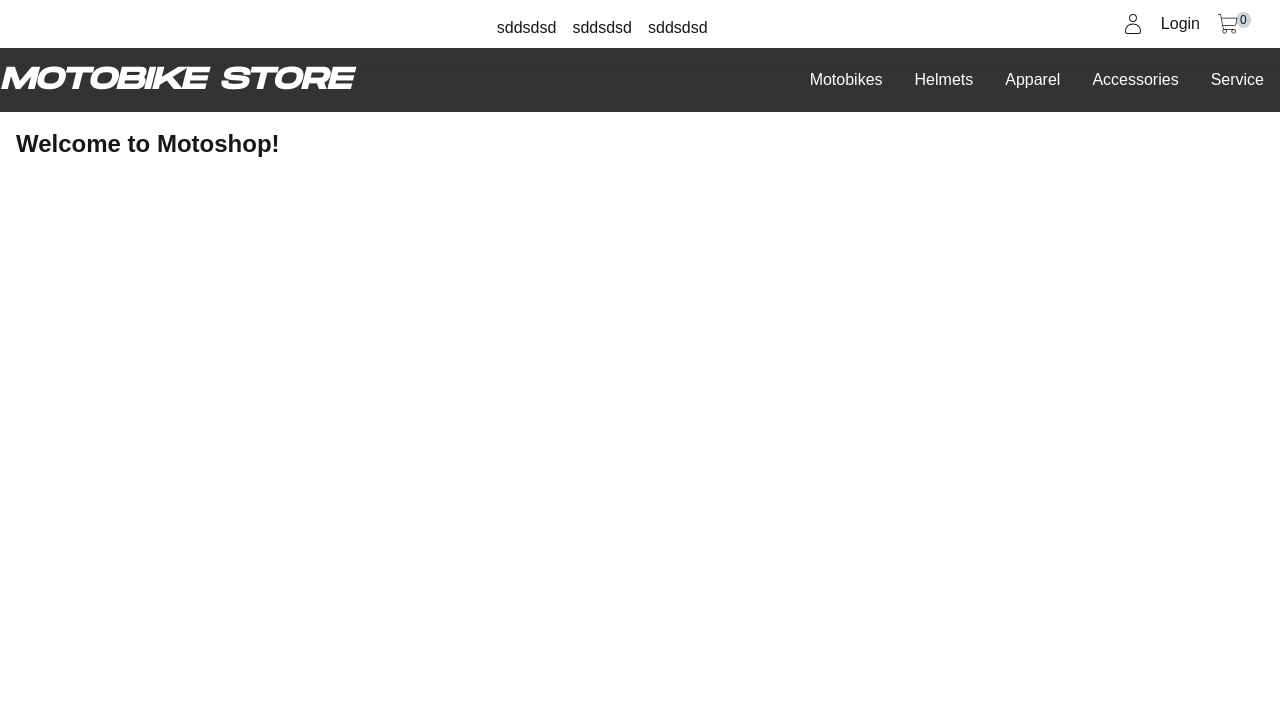
Repository: Than-sothearak/next-motoshop
Page: /
These files come from the project's save history. The page is drawn as it stood at one moment and after the next save; the edit follows.
The browser window is 1280 px wide. The pictures show the whole page.
The project was rebuilt for these pictures with package versions that can differ from the ones it lists, and the page was loaded fresh each time. The framework's server and built-in components were replaced by stand-ins that run in the browser. Also part of the build but not shown: next.config.mjs.

Above is the page before, as saved 2024-10-10 21:33:47.

### app/layout.js
import localFont from "next/font/local";
import "./globals.css";
import Navbar from "./components/Navbar";

export const metadata = {
  title: "Create Next App",
  description: "Generated by create next app",
};

export default function RootLayout({ children }) {
  return (
    <html lang="en">
      <body

      >
        <Navbar />
        {children}
      </body>
    </html>
  );
}

### app/page.js
export default function Home() {
  return (
    <div className="p-4">
    <h1 className="text-2xl font-bold">Welcome to Motoshop!</h1>
    {/* Product listing here */}
  </div>
  );
}

### app/components/Navbar.js
"use client";
import { PiShoppingCartThin } from "react-icons/pi";
import { CiUser } from "react-icons/ci";
import { usePathname } from "next/navigation";
const links = [
  { title: "Motobikes", link: "/motobike" },
  {
    title: "Helmets",
    link: "/helmets",
    subLink: [{ title: "Fullface", link: "/helmets/fullface" }],
  },
  { title: "Apparel", link: "/apparel" },
  { title: "Accessories", link: "/accessories" },
  { title: "Service", link: "/service" },
];
export default function Navbar() {
  const partName = usePathname();
  console.log(partName);
  return (
    <>
      <div className="flex gap-4 h-12 justify-end px-10 items-center">
        <CiUser size={24} className="cursor-pointer" />
        Login
        <div>
          <div className="relative">
            <p className="absolute bg-slate-300 text-xs rounded-full px-1 left-5">
              0
            </p>
          </div>
          <PiShoppingCartThin size={24} className="relative cursor-pointer" />
        </div>
      </div>
      <nav className="mx-auto text-black bg-black/80 flex justify-between relative">
        <div className="container mx-auto flex justify-between items-center">
          <div className="h-16 flex justify-center items-center">
            <a
              href="/"
              className="italic font-bold text-3xl font-monument text-white uppercase"
            >
              Motobike store
            </a>
          </div>

          <div className="flex text-white">
            {links.map((link) => (
              <div
                key={link.title}
                className={`${
                  partName === link.link ? "bg-black underline" : ""
                } flex gap-4 h-16 px-4 justify-center items-center`}
              >
                <a href={link.link} className="cursor-pointer hover:underline">
                  <h3>{link.title} </h3>
                </a>
              </div>
            ))}
          </div>
        </div>
      </nav>

      <div className="shadow-sm p-4 h-16 container mx-auto  justify-center flex absolute z-20 top-0">
        <div>
          <ul className="grid grid-cols-4 gap-4">
            <a>sddsdsd</a>
            <a>sddsdsd</a>
            <a>sddsdsd</a>
          </ul>
        </div>
      </div>
    </>
  );
}

Loaded but not shown: app/globals.css (common file); tailwind.config.js (common file)

After the next save:
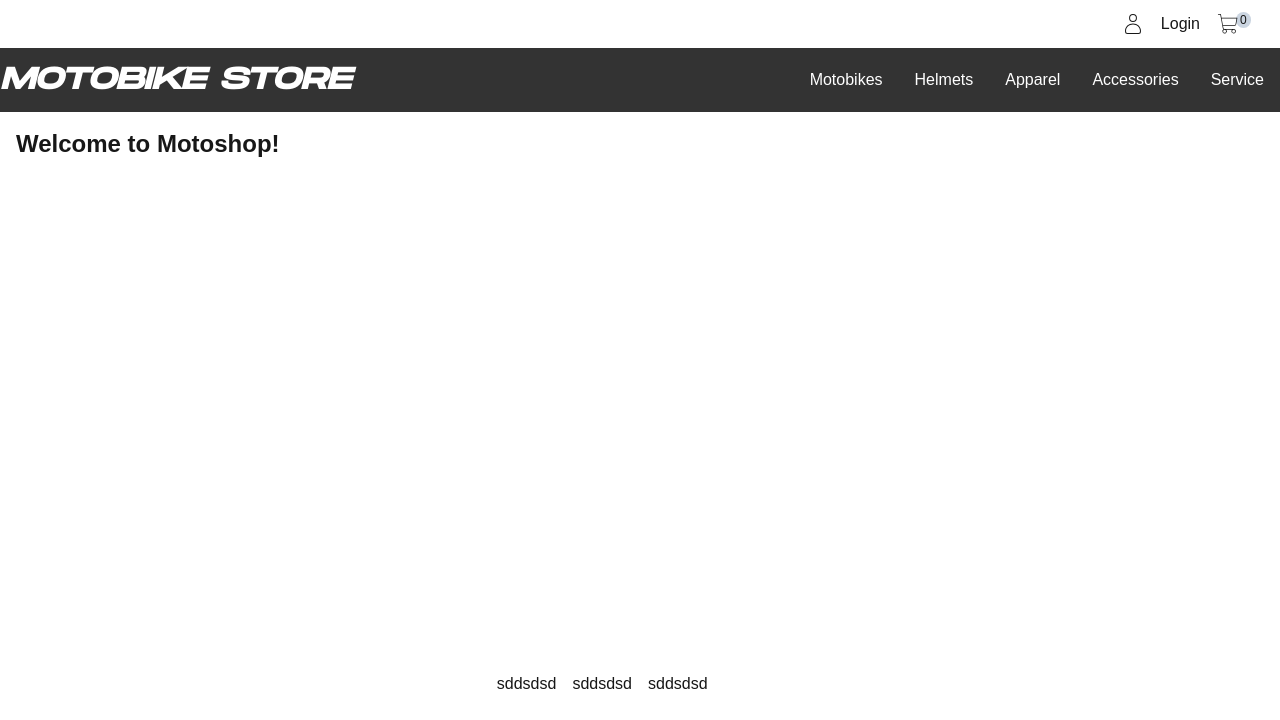
Saved 11 s later.
--- a/app/components/Navbar.js
+++ b/app/components/Navbar.js
@@ -58,7 +58,7 @@ export default function Navbar() {
         </div>
       </nav>
 
-      <div className="shadow-sm p-4 h-16 container mx-auto  justify-center flex absolute z-20 top-0">
+      <div className="shadow-sm p-4 h-16 container mx-auto  justify-center flex absolute z-20 bottom-0">
         <div>
           <ul className="grid grid-cols-4 gap-4">
             <a>sddsdsd</a>
